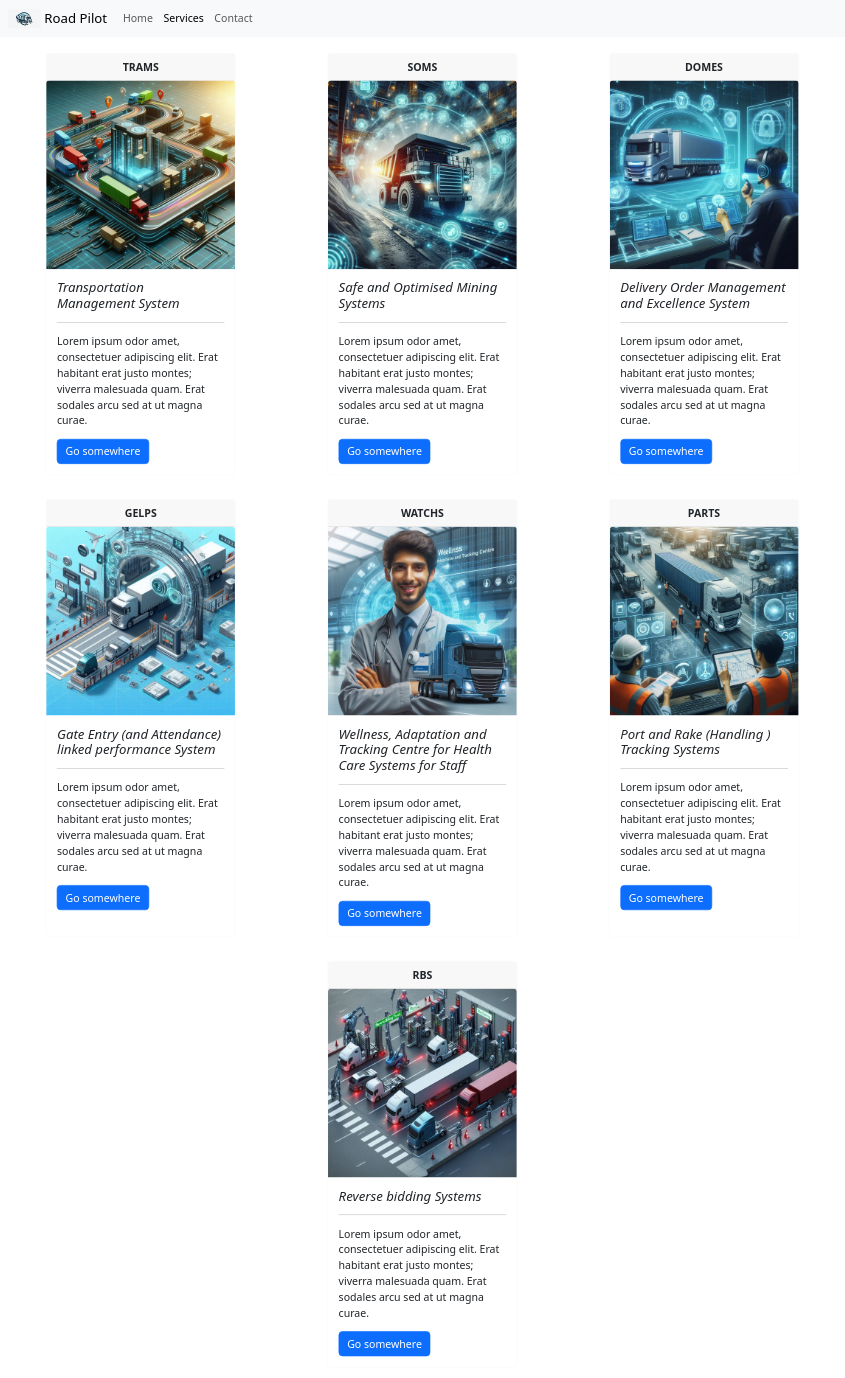
Repository: VictoriousMango/WebCreator
Page: pages/Services.html
An editor plug-in stored every save of this project. The page is shown before and after the next save, followed by the edit.
The browser window is 1280 px wide. The pictures show the whole page, at 66% of full size.

Above is the page before, as saved 2024-11-09 12:20:29.

### pages/Services.html
<!DOCTYPE html>
<html lang="en">

<head>
    <meta charset="UTF-8">
    <meta name="viewport" content="width=device-width, initial-scale=1.0">
    <title>Web Creator</title>
    <link href="https://cdn.jsdelivr.net/npm/bootstrap@5.3.3/dist/css/bootstrap.min.css" rel="stylesheet"
        integrity="sha384-QWTKZyjpPEjISv5WaRU9OFeRpok6YctnYmDr5pNlyT2bRjXh0JMhjY6hW+ALEwIH" crossorigin="anonymous">
    <link rel="stylesheet" href="../assets/css/services.css">
</head>

<body>
    <!-- Navbar -->
    <nav class="navbar navbar-expand-lg bg-body-tertiary">
        <div class="container-fluid">
            <a class="navbar-brand" href="#">
                <img src="../assets/images/Logo.png" alt="Logo" width="50px" class="d-inline-block align-text-top">
                Road Pilot
            </a>
            <button class="navbar-toggler" type="button" data-bs-toggle="collapse" data-bs-target="#navbarNav"
                aria-controls="navbarNav" aria-expanded="false" aria-label="Toggle navigation">
                <span class="navbar-toggler-icon"></span>
            </button>
            <div class="collapse navbar-collapse" id="navbarNav">
                <ul class="navbar-nav">
                    <li class="nav-item">
                        <a class="nav-link" href="../">Home</a>
                    </li>
                    <li class="nav-item">
                        <a class="nav-link active" aria-current="page" href="#">Services</a>
                    </li>
                    <li class="nav-item">
                        <a class="nav-link" href="./contact.html">Contact</a>
                    </li>
                </ul>
            </div>
        </div>
    </nav>
    <!-- NavBar -->
    <!-- Solutions/Softwares we may provide
            *Transportation Management System (TRAMS)
            *Safe and Optimised Mining Systems (SOMS)
            *Delivery Order Management and Excellence System (DOMES)
            *Gate Entry (and Attendance) linked performance System (GELPS)
            *Wellness ,Adaptation and Tracking Centre for Health Care Systems for Staff(WATCHS)
            *Port and Rake (Handling ) Tracking Systems(PARTS)
            *Reverse bidding Systems
    -->
    <div class="services">
        <!-- TRAMS -->
        <div class="card border-light mb-3" style="width: 18rem;">
            <div class="card-header">
                <b>TRAMS</b>
            </div>
            <img src="../assets/images/TRAMS.png" class="card-img-top" alt="...">
            <div class="card-body">
                <h5 class="card-title"><i>Transportation Management System</i></h5>
                <hr>
                <p class="card-text">Lorem ipsum odor amet, consectetuer adipiscing elit. Erat habitant erat justo montes; viverra malesuada quam. Erat sodales arcu sed at ut magna curae.</p>
                <a href="#" class="btn btn-primary">Go somewhere</a>
            </div>
        </div>
        <!-- SOMS -->
        <div class="card border-light mb-3" style="width: 18rem;">
            <div class="card-header">
                <b>SOMS</b>
            </div>
            <img src="../assets/images/SOMS.png" class="card-img-top" alt="...">
            <div class="card-body">
                <h5 class="card-title"><i>Safe and Optimised Mining Systems</i></h5>
                <hr>
                <p class="card-text">Lorem ipsum odor amet, consectetuer adipiscing elit. Erat habitant erat justo montes; viverra malesuada quam. Erat sodales arcu sed at ut magna curae.</p>
                <a href="#" class="btn btn-primary">Go somewhere</a>
            </div>
        </div>
        <!-- DOMES -->
        <div class="card border-light mb-3" style="width: 18rem;">
            <div class="card-header">
                <b>DOMES</b>
            </div>
            <img src="../assets/images/DOMES.png" class="card-img-top" alt="...">
            <div class="card-body">
                <h5 class="card-title"><i>Delivery Order Management and Excellence System</i></h5>
                <hr>
                <p class="card-text">Lorem ipsum odor amet, consectetuer adipiscing elit. Erat habitant erat justo montes; viverra malesuada quam. Erat sodales arcu sed at ut magna curae.</p>
                <a href="#" class="btn btn-primary">Go somewhere</a>
            </div>
        </div>
        <!-- GELPS -->
        <div class="card border-light mb-3" style="width: 18rem;">
            <div class="card-header">
                <b>GELPS</b>
            </div>
            <img src="../assets/images/GELPS.png" class="card-img-top" alt="...">
            <div class="card-body">
                <h5 class="card-title"><i>
                    Gate Entry (and Attendance) linked performance System
                </i></h5>
                <hr>
                <p class="card-text">Lorem ipsum odor amet, consectetuer adipiscing elit. Erat habitant erat justo montes; viverra malesuada quam. Erat sodales arcu sed at ut magna curae.</p>
                <a href="#" class="btn btn-primary">Go somewhere</a>
            </div>
        </div>
        <!-- WATCHS -->
        <div class="card border-light mb-3" style="width: 18rem;">
            <div class="card-header">
                <b>WATCHS</b>
            </div>
            <img src="../assets/images/WATCHS.png" class="card-img-top" alt="...">
            <div class="card-body">
                <h5 class="card-title"><i>Wellness, Adaptation and Tracking Centre for Health Care Systems for Staff</i></h5>
                <hr>
                <p class="card-text">Lorem ipsum odor amet, consectetuer adipiscing elit. Erat habitant erat justo montes; viverra malesuada quam. Erat sodales arcu sed at ut magna curae.</p>
                <a href="#" class="btn btn-primary">Go somewhere</a>
            </div>
        </div>
        <!-- PARTS -->
        <div class="card border-light mb-3" style="width: 18rem;">
            <div class="card-header">
                <b>PARTS</b>
            </div>
            <img src="../assets/images/PARTS.png" class="card-img-top" alt="...">
            <div class="card-body">
                <h5 class="card-title"><i>Port and Rake (Handling ) Tracking Systems</i></h5>
                <hr>
                <p class="card-text">Lorem ipsum odor amet, consectetuer adipiscing elit. Erat habitant erat justo montes; viverra malesuada quam. Erat sodales arcu sed at ut magna curae.</p>
                <a href="#" class="btn btn-primary">Go somewhere</a>
            </div>
        </div>
        <!-- RBS -->
        <div class="card border-light mb-3" style="width: 18rem;">
            <div class="card-header">
                <b>RBS</b>
            </div>
            <img src="../assets/images/RBS.png" class="card-img-top" alt="...">
            <div class="card-body">
                <h5 class="card-title"><i>Reverse bidding Systems</i></h5>
                <hr>
                <p class="card-text">Lorem ipsum odor amet, consectetuer adipiscing elit. Erat habitant erat justo montes; viverra malesuada quam. Erat sodales arcu sed at ut magna curae.</p>
                <a href="#" class="btn btn-primary">Go somewhere</a>
            </div>
        </div>
    </div>


    <!-- Scripts -->
    <script src="https://cdn.jsdelivr.net/npm/bootstrap@5.3.3/dist/js/bootstrap.bundle.min.js"
        integrity="sha384-YvpcrYf0tY3lHB60NNkmXc5s9fDVZLESaAA55NDzOxhy9GkcIdslK1eN7N6jIeHz"
        crossorigin="anonymous"></script>
    <script src="https://cdn.jsdelivr.net/npm/@popperjs/core@2.11.8/dist/umd/popper.min.js"
        integrity="sha384-I7E8VVD/ismYTF4hNIPjVp/Zjvgyol6VFvRkX/vR+Vc4jQkC+hVqc2pM8ODewa9r"
        crossorigin="anonymous"></script>
    <script src="https://cdn.jsdelivr.net/npm/bootstrap@5.3.3/dist/js/bootstrap.min.js"
        integrity="sha384-0pUGZvbkm6XF6gxjEnlmuGrJXVbNuzT9qBBavbLwCsOGabYfZo0T0to5eqruptLy"
        crossorigin="anonymous"></script>
</body>

</html>

### assets/css/services.css
.navbar {
    background-color: rgba(208, 255, 255, 0.8);
    position: fixed; /* Make the navbar fixed */
    top: 0; /* Stick to the top */
    width: 100%; /* Full width */
    z-index: 1000; /* Ensure it stays above other content */
}

.services {
    padding-top: 60px;
    display: flex;
    flex-wrap: wrap;
    justify-content: space-around;
}

.card {
    width: 200px;
    margin: 20px;
}

.card:hover {
    transform: scale(1.05);
    transition: ease-in-out;
    box-shadow: 0 0 20px rgba(0, 217, 255, 0.7); /* Change the color and intensity as needed */
}

.card-header {
    display: flex;
    justify-content: center;
}

After the next save:
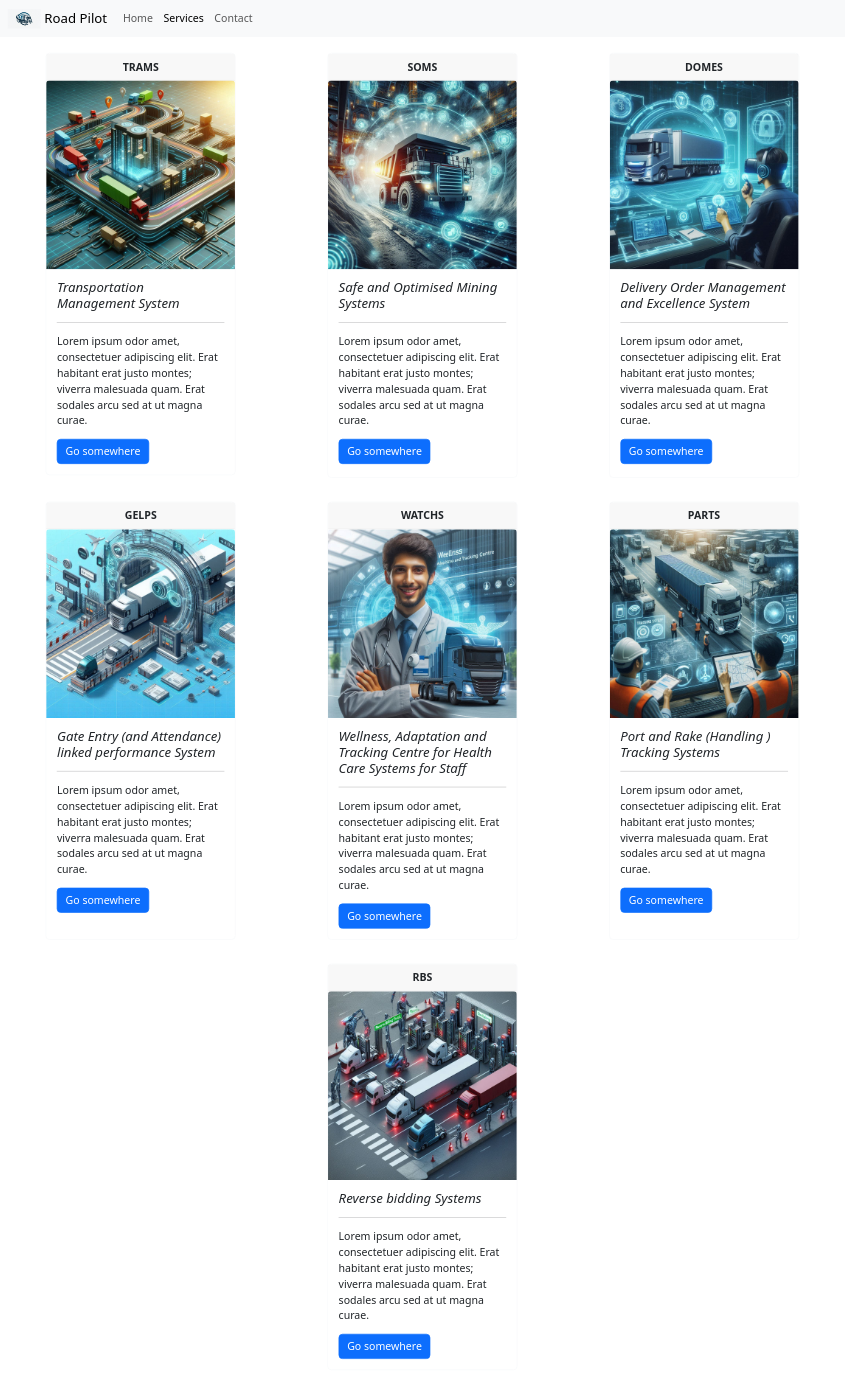
Saved 17 s later.
--- a/pages/Services.html
+++ b/pages/Services.html
@@ -49,7 +49,7 @@
     -->
     <div class="services">
         <!-- TRAMS -->
-        <div class="card border-light mb-3" style="width: 18rem;">
+        <div class="card border-light" style="width: 18rem;">
             <div class="card-header">
                 <b>TRAMS</b>
             </div>
